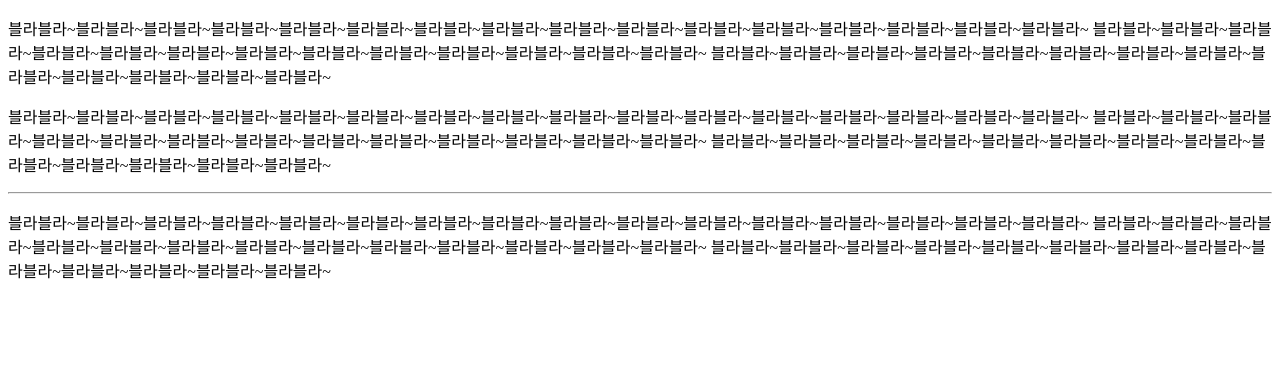
Repository: heoSuKyeong/client_Ssanyong
Page: ClientTest/src/main/webapp/html/ex08_hr.html
An editor plug-in stored every save of this project. The page is shown before and after the next save, followed by the edit.
The browser window is 1280 px wide. The pictures show the whole page.

Above is the page before, as saved 2023-09-20 00:38:12.

### ClientTest/src/main/webapp/html/ex08_hr.html
<!DOCTYPE html>
<html>
<head>
<meta charset="UTF-8">
<title>Insert title here</title>
</head>
<body>
	<p>블라블라~블라블라~블라블라~블라블라~블라블라~블라블라~블라블라~블라블라~블라블라~블라블라~블라블라~블라블라~블라블라~블라블라~블라블라~블라블라~
	블라블라~블라블라~블라블라~블라블라~블라블라~블라블라~블라블라~블라블라~블라블라~블라블라~블라블라~블라블라~블라블라~
	블라블라~블라블라~블라블라~블라블라~블라블라~블라블라~블라블라~블라블라~블라블라~블라블라~블라블라~블라블라~블라블라~</p>
	<p>블라블라~블라블라~블라블라~블라블라~블라블라~블라블라~블라블라~블라블라~블라블라~블라블라~블라블라~블라블라~블라블라~블라블라~블라블라~블라블라~
	블라블라~블라블라~블라블라~블라블라~블라블라~블라블라~블라블라~블라블라~블라블라~블라블라~블라블라~블라블라~블라블라~
	블라블라~블라블라~블라블라~블라블라~블라블라~블라블라~블라블라~블라블라~블라블라~블라블라~블라블라~블라블라~블라블라~</p>

	<hr>

	<p>블라블라~블라블라~블라블라~블라블라~블라블라~블라블라~블라블라~블라블라~블라블라~블라블라~블라블라~블라블라~블라블라~블라블라~블라블라~블라블라~
	블라블라~블라블라~블라블라~블라블라~블라블라~블라블라~블라블라~블라블라~블라블라~블라블라~블라블라~블라블라~블라블라~
	블라블라~블라블라~블라블라~블라블라~블라블라~블라블라~블라블라~블라블라~블라블라~블라블라~블라블라~블라블라~블라블라~</p>

</body>
</html>

After the next save:
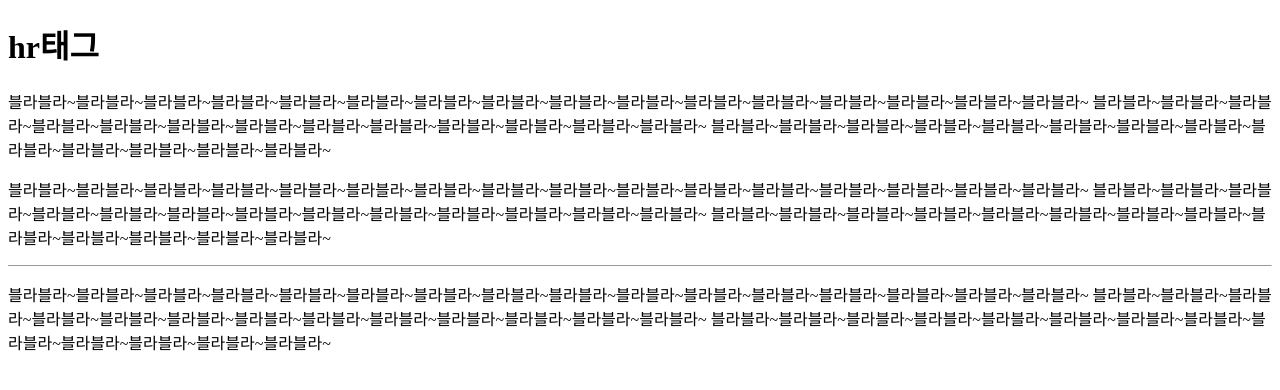
Saved 2 min 42 s later.
--- a/ClientTest/src/main/webapp/html/ex08_hr.html
+++ b/ClientTest/src/main/webapp/html/ex08_hr.html
@@ -5,6 +5,8 @@
 <title>Insert title here</title>
 </head>
 <body>
+	<h1>hr태그</h1>
+
 	<p>블라블라~블라블라~블라블라~블라블라~블라블라~블라블라~블라블라~블라블라~블라블라~블라블라~블라블라~블라블라~블라블라~블라블라~블라블라~블라블라~
 	블라블라~블라블라~블라블라~블라블라~블라블라~블라블라~블라블라~블라블라~블라블라~블라블라~블라블라~블라블라~블라블라~
 	블라블라~블라블라~블라블라~블라블라~블라블라~블라블라~블라블라~블라블라~블라블라~블라블라~블라블라~블라블라~블라블라~</p>
@@ -12,7 +14,7 @@
 	블라블라~블라블라~블라블라~블라블라~블라블라~블라블라~블라블라~블라블라~블라블라~블라블라~블라블라~블라블라~블라블라~
 	블라블라~블라블라~블라블라~블라블라~블라블라~블라블라~블라블라~블라블라~블라블라~블라블라~블라블라~블라블라~블라블라~</p>
 
-	<hr>
+	<hr size="1">
 
 	<p>블라블라~블라블라~블라블라~블라블라~블라블라~블라블라~블라블라~블라블라~블라블라~블라블라~블라블라~블라블라~블라블라~블라블라~블라블라~블라블라~
 	블라블라~블라블라~블라블라~블라블라~블라블라~블라블라~블라블라~블라블라~블라블라~블라블라~블라블라~블라블라~블라블라~
